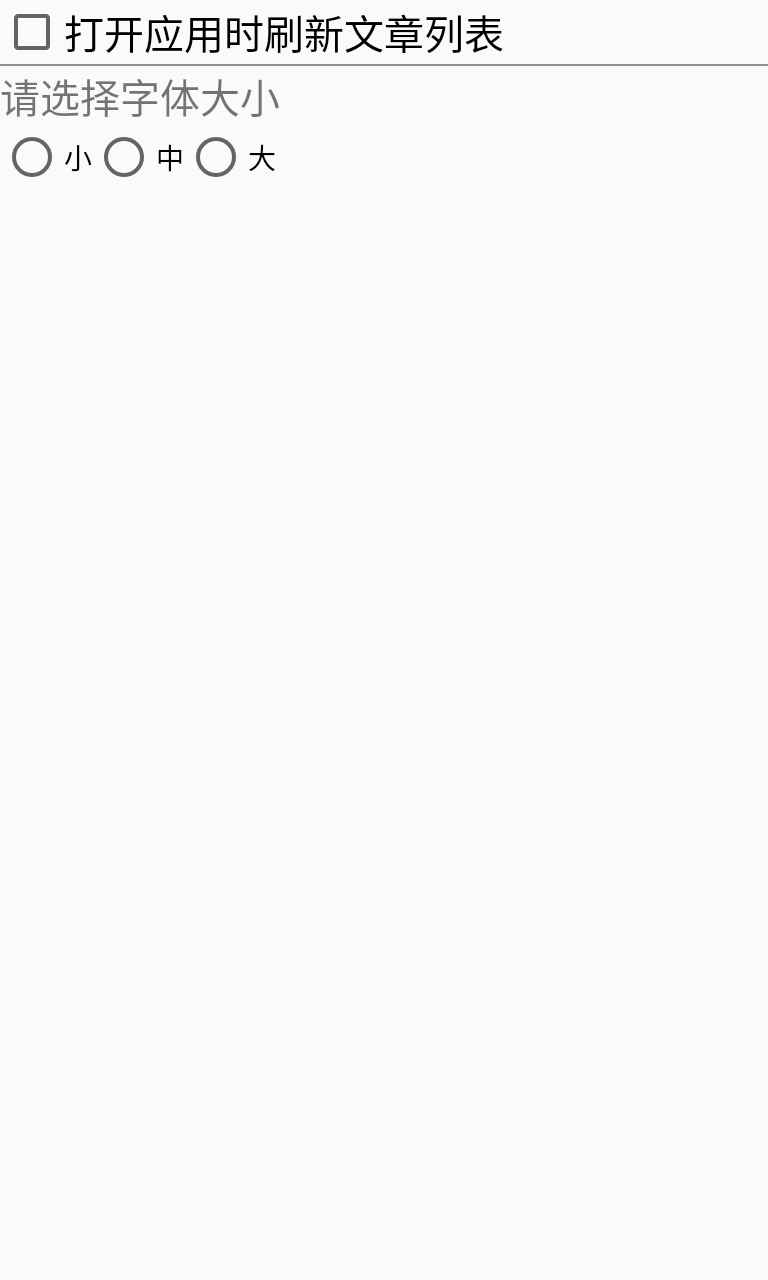
Repository: xdrush/MyRssReader
Layout: MyRssReader/res/layout/setting_show.xml
These files come from the project's save history. The layout is drawn as it stood at one moment and after a run of saves; the edit follows.
It is drawn on a 768 x 1280 px phone screen (xhdpi) without system bars, with theme AppTheme; the app's code is not run.

Above is the layout before, as saved 2015-07-29 04:16:36.

After the next 4 saves:
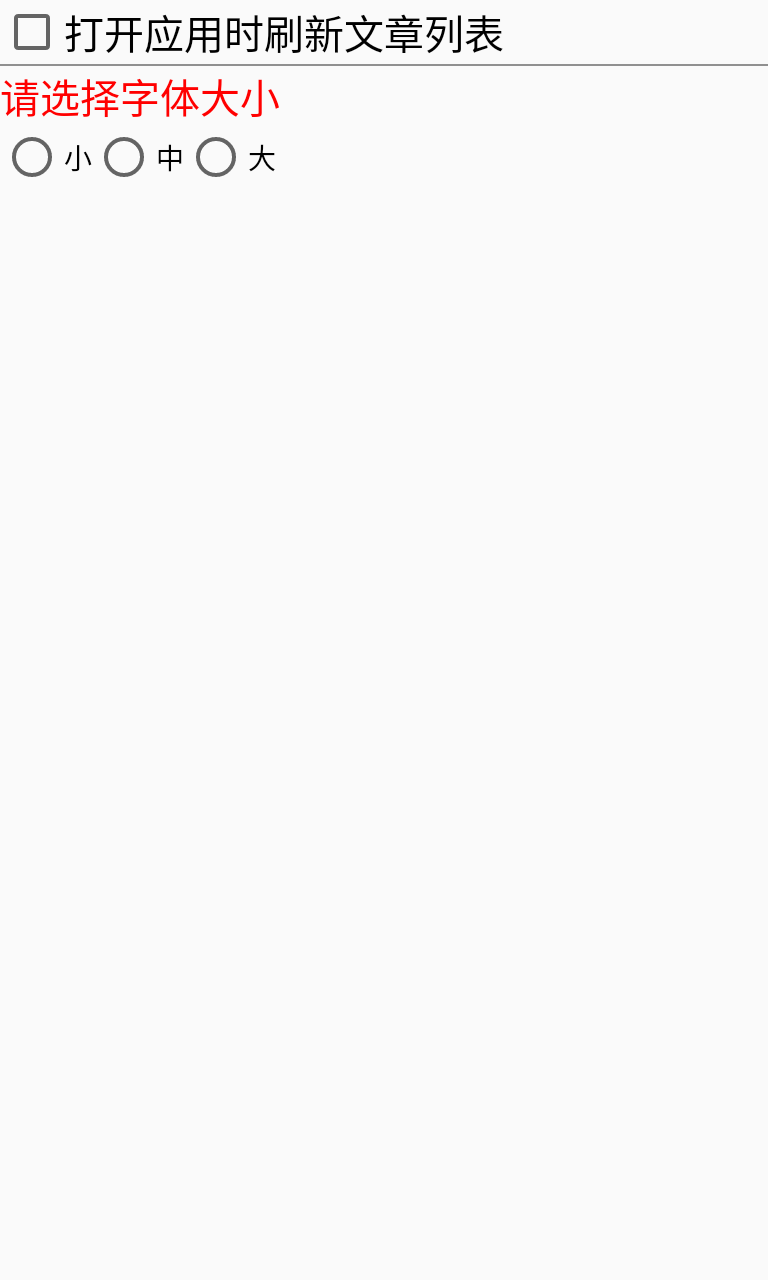
The 4 saves are shown as one change because 3 did not build or start.
The last was saved 4 min 12 s later.
--- a/MyRssReader/res/layout/setting_show.xml
+++ b/MyRssReader/res/layout/setting_show.xml
@@ -32,7 +32,8 @@
       		android:layout_width="fill_parent"
       		android:layout_height="wrap_content"
      		android:text="请选择字体大小"
-     		android:textSize="9pt" />
+     		android:textSize="9pt"
+     		android:textColor="#FF0000" />
 
 		<RadioGroup
 			android:id="@+id/text_size"
